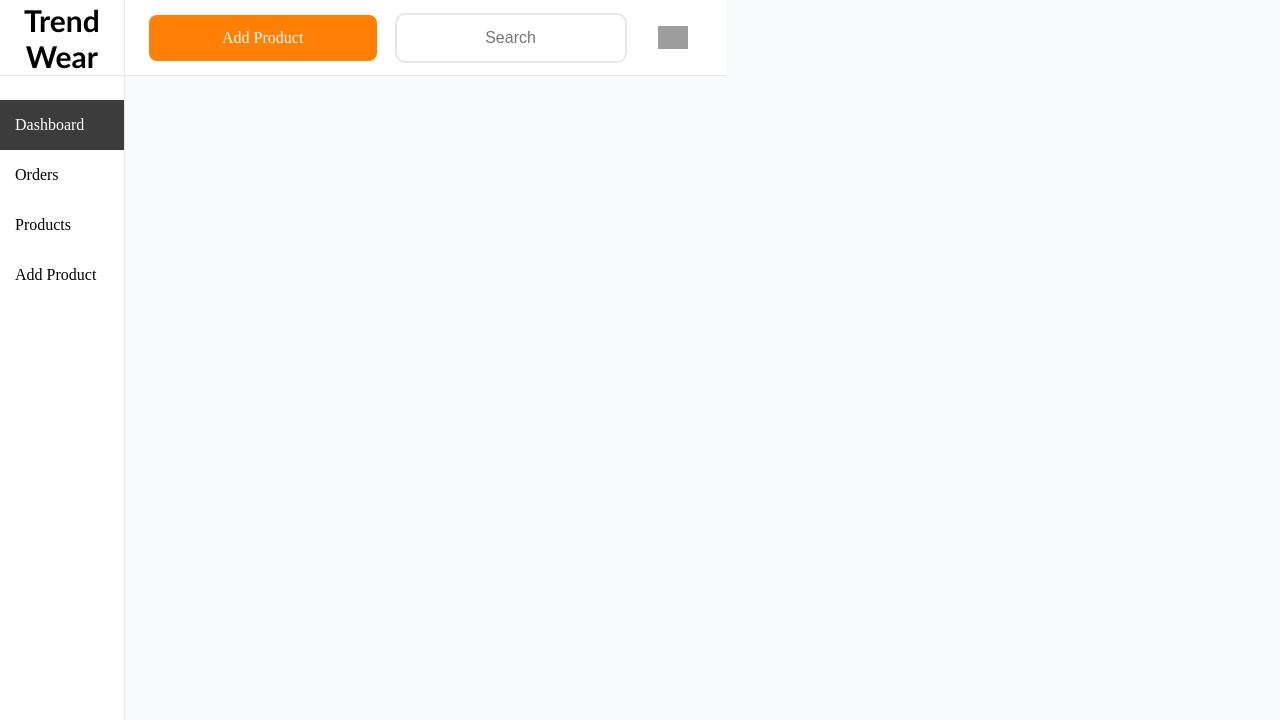
Repository: ahmad-dev7/TrendWear
Page: / (app in trend_wear_dashboard/)
The author's editor kept a copy of each file at every save. The page is drawn from the files as they stood at one save, then again after the next save.
The browser window is 1280 px wide. The pictures show the whole page.
Pictures or frames that could not be fetched are drawn as grey boxes. The project was rebuilt for these pictures with package versions that can differ from the ones it lists, and the page was loaded fresh each time. Also part of the build but not shown: trend_wear_dashboard/vite.config.ts.

Above is the page before, as saved 2025-01-19 19:36:40.

After the next save:
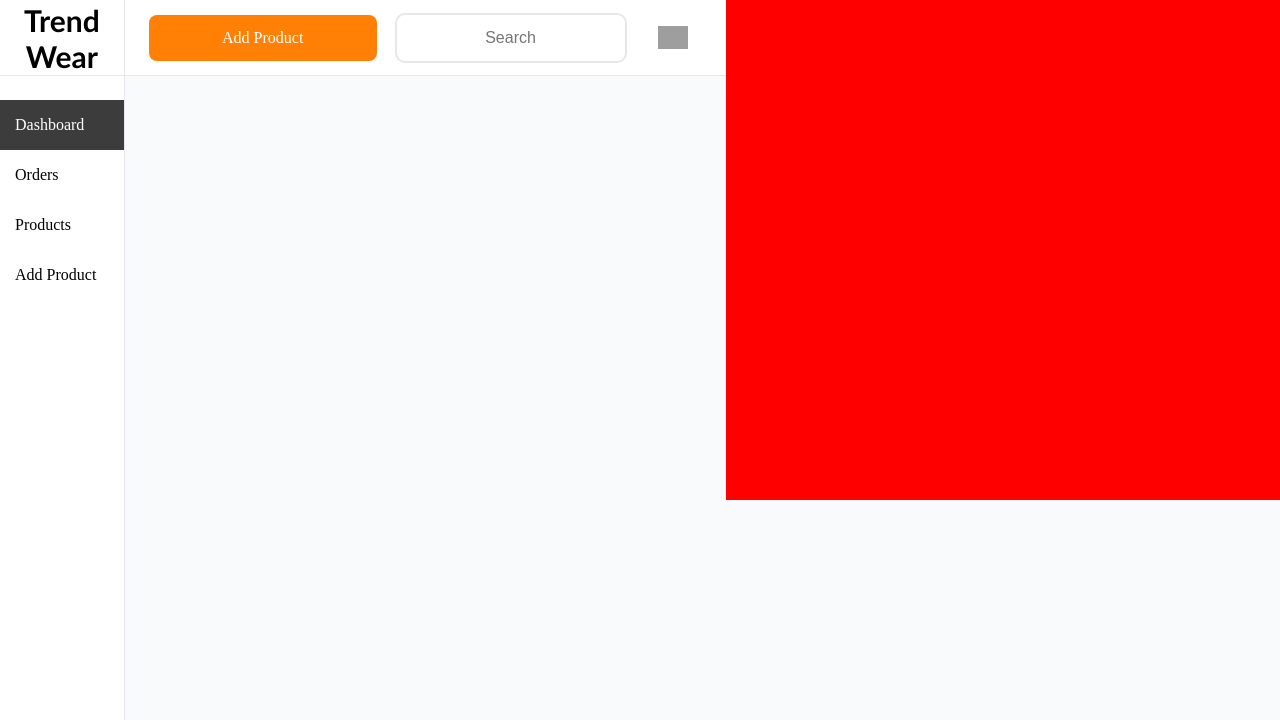
Saved 18 s later.
--- a/trend_wear_dashboard/src/App.css
+++ b/trend_wear_dashboard/src/App.css
@@ -10,7 +10,7 @@ body {
 }
 
 .test {
-    background-color: #F9FAFB;
+    background-color: red;
     height: 500px;
     width: 100%;
 }
